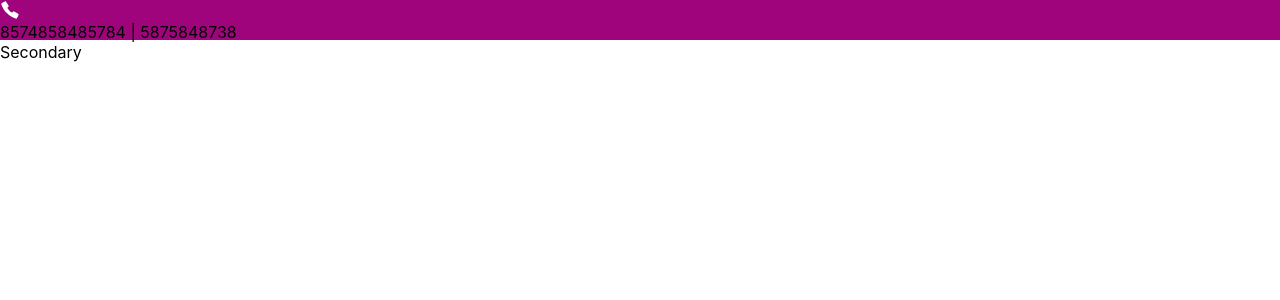
Repository: Sushant203/react-training-
Page: /
The author's editor kept a copy of each file at every save. The page is drawn from the files as they stood at one save, then again after the next save.
The browser window is 1280 px wide. The pictures show the whole page.
The project was rebuilt for these pictures with package versions that can differ from the ones it lists, and the page was loaded fresh each time. Also part of the build but not shown: src/App.css, src/components/LowerNav.jsx, src/components/UpperNav.jsx.

Above is the page before, as saved 2022-12-19 09:27:06.

After the next save:
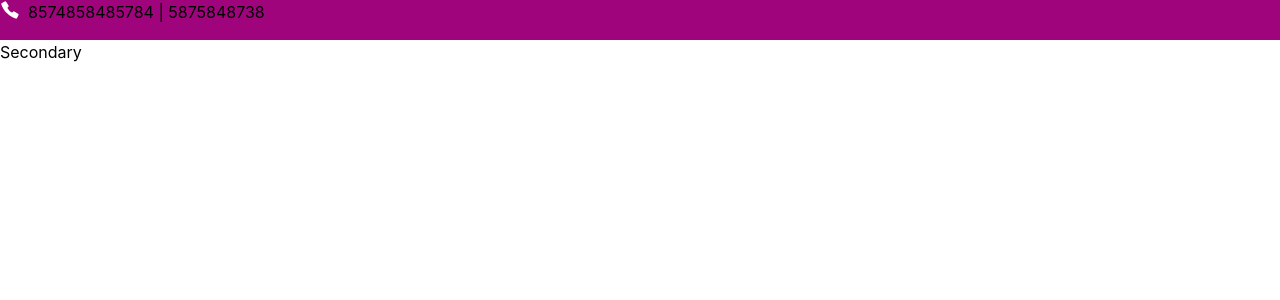
Saved 17 s later.
--- a/src/components/Naviagtion/Toolbar/header.jsx
+++ b/src/components/Naviagtion/Toolbar/header.jsx
@@ -4,7 +4,7 @@ function Header() {
   return (
     <div className="h-10 bg-mainColor w-full">
       <div>
-        <div>
+        <div className="flex gap-2">
           <IoCallSharp className="text-xl text-white" />
           8574858485784 | 5875848738
         </div>
